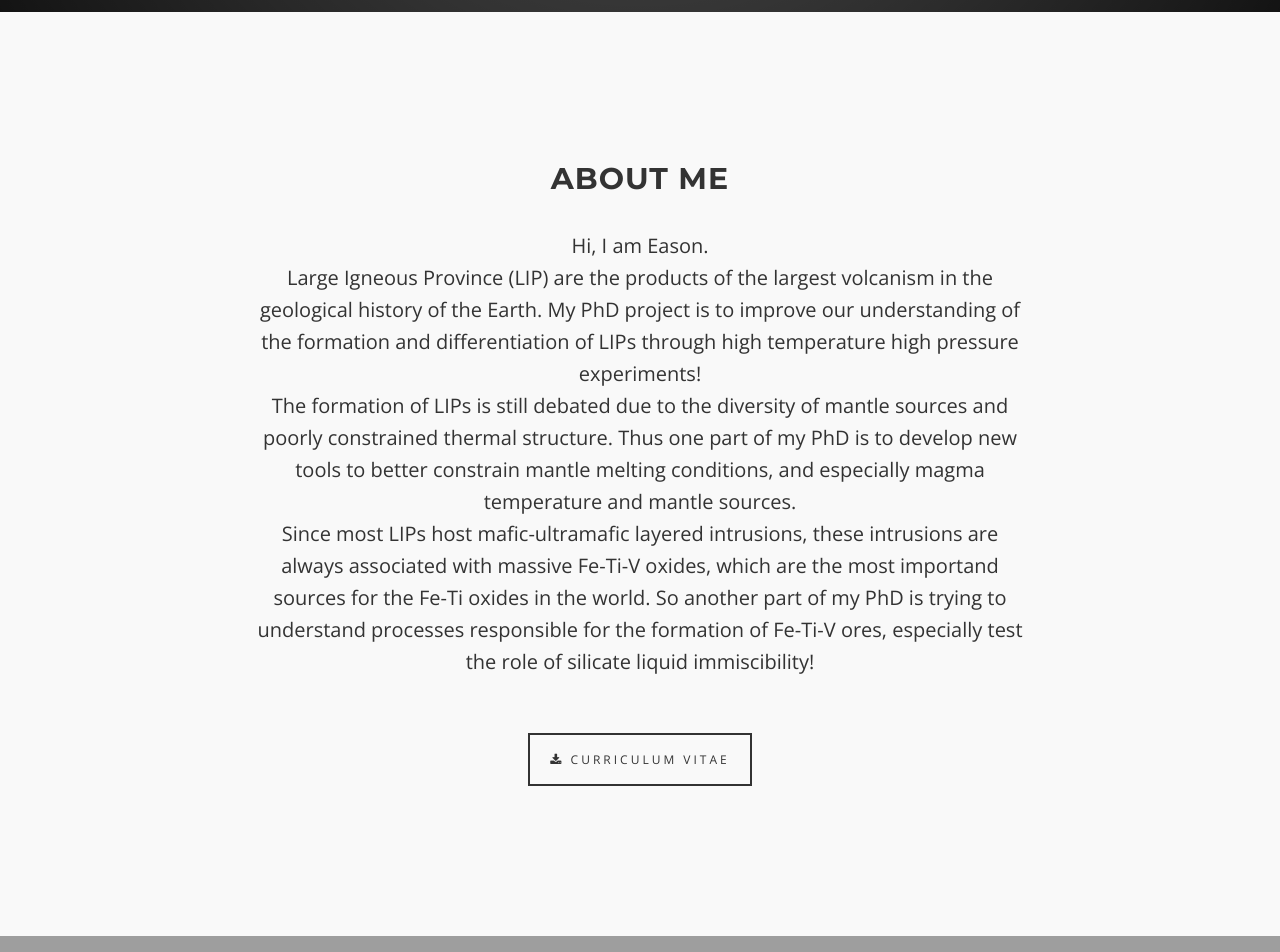
Repository: eazzzon/eazzzon.github.io
Page: aries-v1.0/index.html
These files come from the project's save history. The page is drawn as it stood at one moment and after the next save; the edit follows.
The browser window is 1280 px wide. The pictures show the part of the page from y = 708 to 1660 px (the page is 2916 px tall).
Pictures or frames that could not be fetched are drawn as grey boxes.

Above is the page before, as saved 2021-06-12 09:29:12.

After the next save:
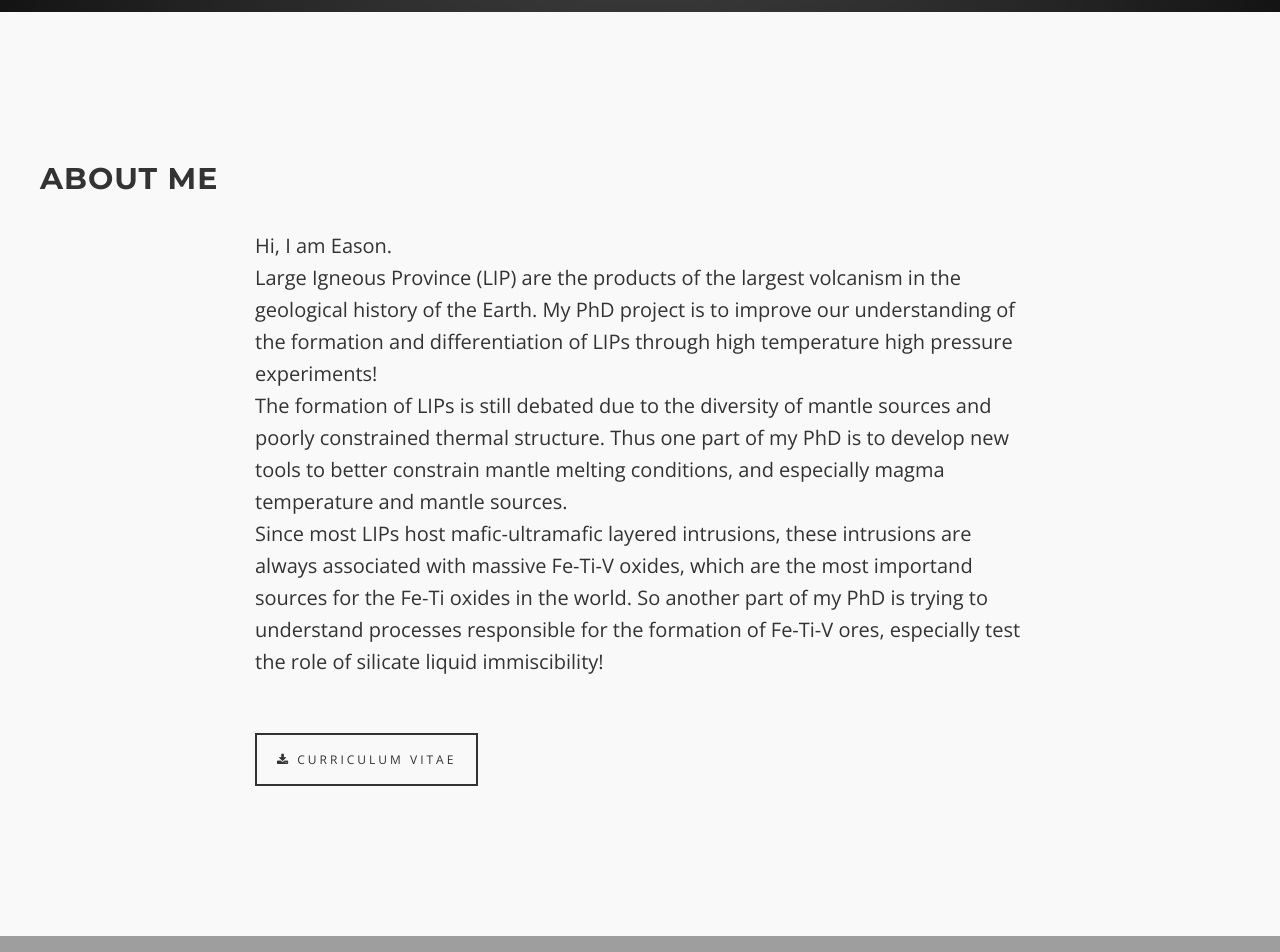
Saved 25 s later.
--- a/aries-v1.0/index.html
+++ b/aries-v1.0/index.html
@@ -74,7 +74,7 @@
 </header>
 <!-- About Section -->
 <section id="about">
-<div class="container content-section text-center">
+<div class="container content-section">
 	<div class="row">
 		<h2>ABOUT ME</h2>
 		<div class="col-lg-8 col-lg-offset-2">
